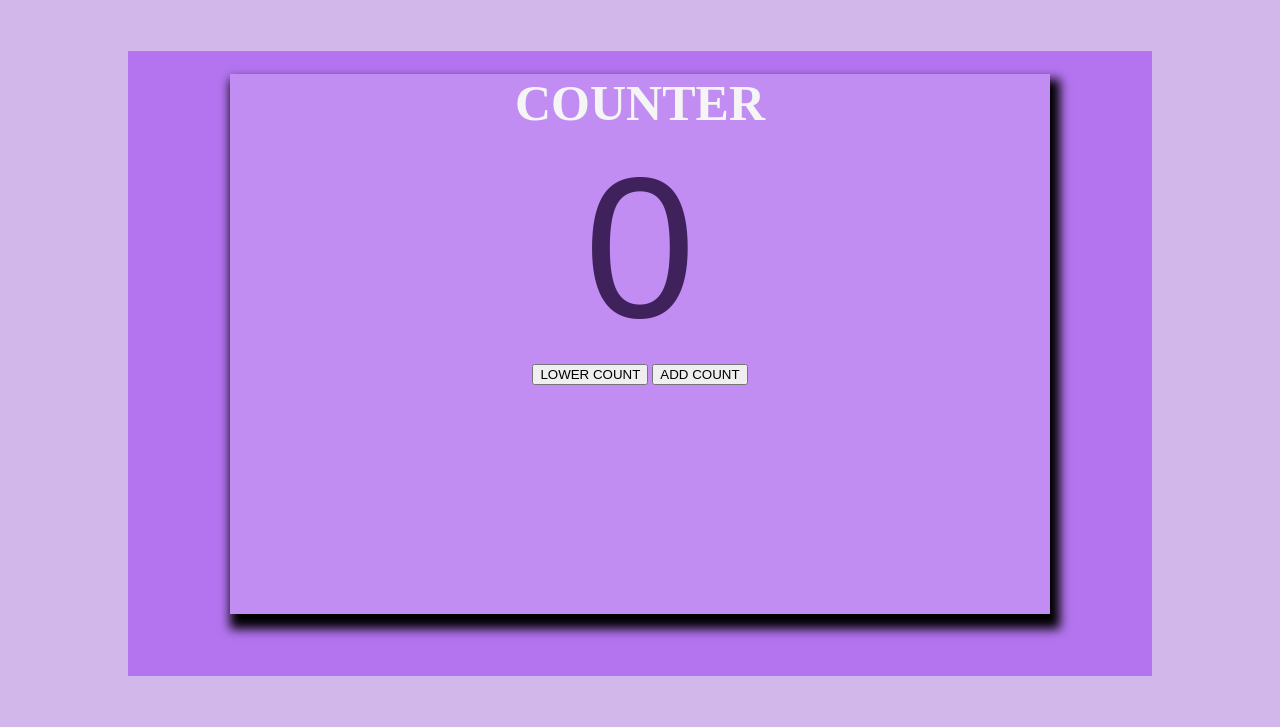
Repository: AnahitKhechumyan/Counter
Page: index.html
An editor plug-in stored every save of this project. The page is shown before and after the next save, followed by the edit.
The browser window is 1280 px wide. The pictures show the whole page.

Above is the page before, as saved 2022-02-14 17:50:58.

After the next save:
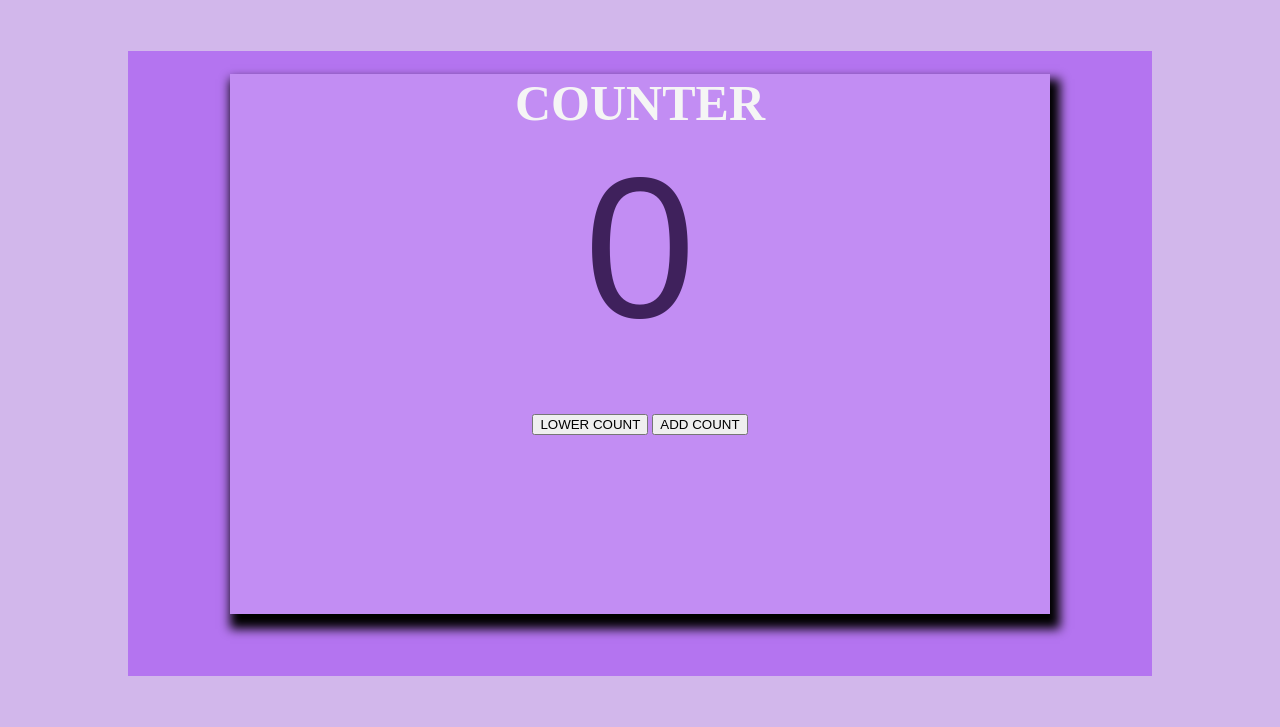
Saved 44 s later.
--- a/style.css
+++ b/style.css
@@ -34,8 +34,7 @@ input{
     text-align: center;
 }
  .change{
-   display:block;
-   align-items:baseline;
+    padding:50px;
 
  }
 #decrement{
